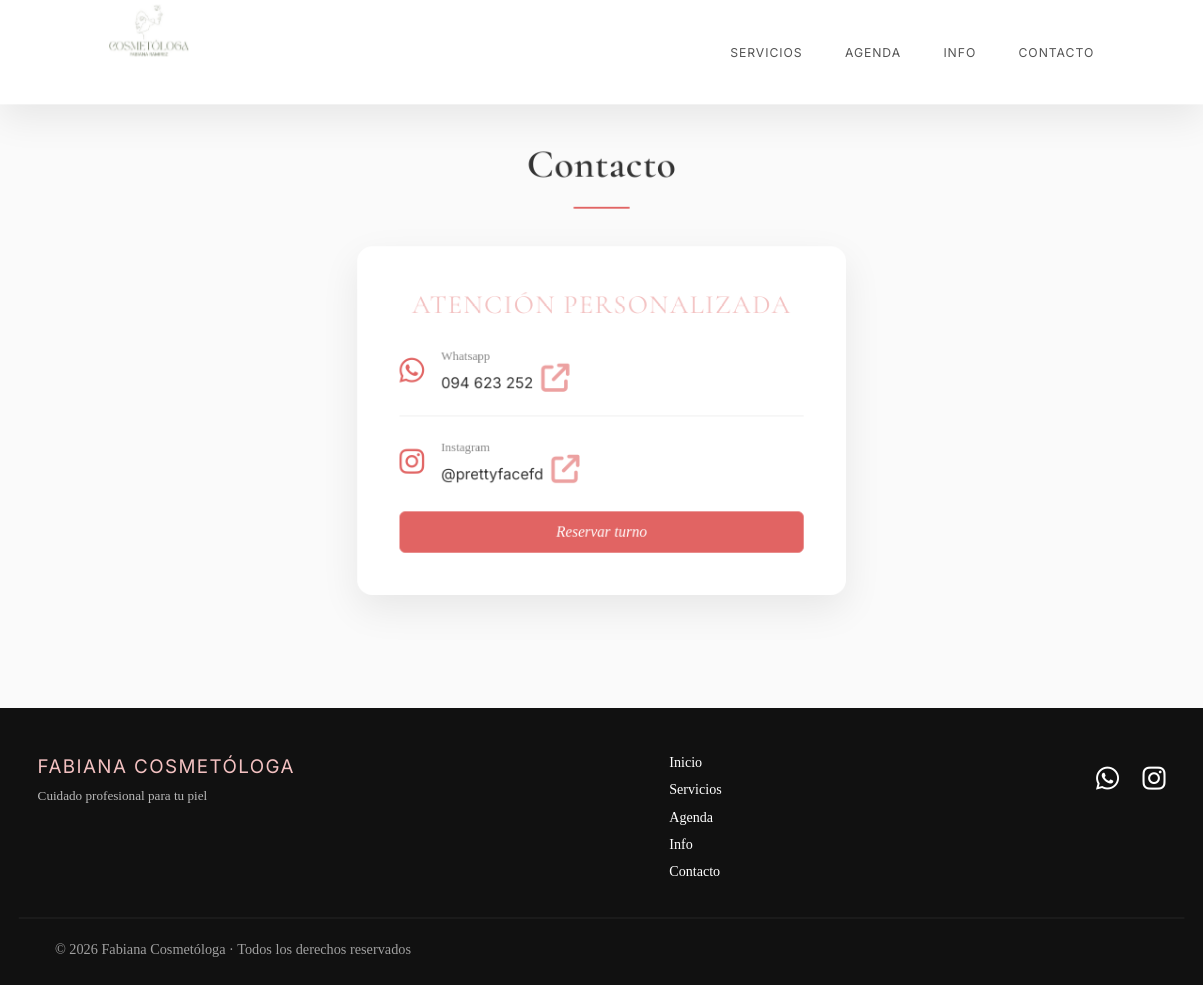
Repository: thiagobal1891-sudo/paginaweb
Page: pages/contacto.html
The author's editor kept a copy of each file at every save. The page is drawn from the files as they stood at one save, then again after the next save.
The browser window is 1280 px wide. The pictures show the whole page, at 94% of full size.
Some web fonts or font styles are not loaded; a fallback is used.

Above is the page before, as saved 2026-03-17 14:29:33.
Console error: ReferenceError: emailjs is not defined

### pages/contacto.html

<!DOCTYPE html>
<html lang="es">
<head>
  <meta charset="UTF-8">
  <meta name="viewport" content="width=device-width, initial-scale=1.0">
  <title>Fabiana Cosmetóloga</title>
  <link rel="stylesheet" href="../css/style.css">
  <link rel="preconnect" href="https://fonts.googleapis.com">
  <link rel="preconnect" href="https://fonts.gstatic.com" crossorigin>
  <link
    href="https://fonts.googleapis.com/css2?family=Melodrama:wght@400;500;600;700&family=Inter:wght@100..900&family=Poppins:wght@100..900&family=Cormorant+Garamond:wght@300..700&display=swap"
    rel="stylesheet">
  <link rel="stylesheet" href="https://cdnjs.cloudflare.com/ajax/libs/font-awesome/6.5.0/css/all.min.css"
    crossorigin="anonymous" referrerpolicy="no-referrer" />
</head>

<body>
  <header>
    <div class="container">
      <a href="../index.html" class="logo">
        <img src="../media/logo.png"
  alt="Logo de la marca"
  loading="lazy"
  decoding="async">
      </a>
      <nav>
        <a href="servicios.html">SERVICIOS</a>
        <a href="agenda.html">AGENDA</a>
        <a href="info.html">INFO</a>
        <a href="contacto.html">CONTACTO</a>
      </nav>
    </div>
  </header>
<main>
<section id="contacto" class="appear">
<div class="section-title">
<h2>Contacto</h2>
</div>
<div class="container">
<div class="contact-card">
<h3>Atención personalizada</h3>
<div class="contact-item">
<i class="fa-brands fa-whatsapp"></i>
<div class="contact-info">
<span class="label">Whatsapp</span>
<a href="https://wa.me/59894623252"
target="_blank"
rel="noopener noreferrer"
class="valor">
094 623 252
<i class="fa-solid fa-arrow-up-right-from-square link-icon"></i>
</a>
</div>
</div>
<hr>
<div class="contact-item">
<i class="fa-brands fa-instagram"></i>
<div class="contact-info">
<span class="label">Instagram</span>
<a href="https://www.instagram.com/prettyfacefd"
target="_blank"
rel="noopener noreferrer"
class="valor">
@prettyfacefd
<i class="fa-solid fa-arrow-up-right-from-square link-icon"></i>
</a>
</div>
</div>
<a href="agenda.html#agenda-ya" class="btn-vermas">
Reservar turno
</a>
</div>
</div>

</section>
</main>
  <footer class="footer">
  <div class="footer-container">
    <div class="footer-brand">
      <h3>Fabiana Cosmetóloga</h3>
      <p>Cuidado profesional para tu piel</p>
    </div>
    <div class="footer-links">
      <a href="../index.html">Inicio</a>
      <a href="../pages/servicios.html">Servicios</a>
      <a href="../pages/agenda.html">Agenda</a>
      <a href="../pages/info.html">Info</a>
      <a href="../pages/contacto.html">Contacto</a>
    </div>
    <div class="footer-social">
      <a href="https://wa.me/59894623252" target="_blank">
        <i class="fa-brands fa-whatsapp"></i>
      </a>
      <a href="https://www.instagram.com/prettyfacefd" target="_blank">
        <i class="fa-brands fa-instagram"></i>
      </a>
    </div>
  </div>
  <div class="footer-bottom">
    <p>© 2026 Fabiana Cosmetóloga · Todos los derechos reservados</p>
  </div>
</footer>
  <script src="https://cdn.jsdelivr.net/npm/emailjs-com@3/dist/email.min.js"></script>
  <script src="../script.js" defer></script>
</body>
</html>

### css/style.css
@charset "UTF-8";
* {
  box-sizing: border-box;
  margin: 0;
  padding: 0;
}
html {
  scroll-behavior: smooth;
  scroll-padding-top: var(--header-height);
  font-size: 100%;
}
:root{
  --primary:#E16463;
  --primary-soft:rgba(225,100,99,.15);
  --primary-soft-light:rgba(225,100,99,.08);
  --text-dark:#333;
  --text-soft:#777;
  --shadow-hover:0 20px 50px rgba(0,0,0,.12);
  --shadow-soft:0 15px 40px rgba(0,0,0,.08);
}
body{
  font-family:"Melodrama", serif;
  margin:0;
  animation:fadePage .6s ease;
  padding-top: var(--header-height);
}
@keyframes fadePage{
from{
  opacity:0;
  transform:translateY(10px);
}

to{
  opacity:1;
  transform:translateY(0);
}
}
.appear{
  opacity:0;
  transform:translateY(40px);
  transition:opacity .8s ease, transform .8s ease;
  will-change: transform, opacity;
}
.appear.show{
  opacity:1;
  transform:translateY(0);
}
h1 {
  font-size:clamp(2.2rem,4vw,4.5rem);
  line-height: 1.1;
}
h2 {
  font-size:clamp(1.6rem,3vw,2.5rem);
  line-height: 1.2;
}
p {
font-size:clamp(.95rem,1.1vw,1.1rem);
line-height:1.7;
max-width:60ch;
}
h3 {
  font-size: 0.9em;
  font-family: "Inter", sans-serif;
  font-weight: 400;
  letter-spacing: 1.5px;
  color: #f3c1c1;
  text-transform: uppercase;
}
section{
position:relative;
padding:100px 20px;
}
.info_carta {
  font-size: 0.85em;
  color: #f2f2f2;
  font-family: "Inter", sans-serif;
  line-height: 1;
  margin-bottom: 2px;
  max-width:450px;
}
ul {
  list-style: none;
  padding-left: 0;
  font-size: 0.75em;
  font-family: "Inter", sans-serif;
  color: #ffffff;
}
ul li {
  margin-bottom: 4px;
  line-height: 1.3;
  padding-left: 22px;
  position: relative;
  opacity: 0.95;
  transition: transform 0.3s ease, opacity 0.3s ease;
}
ul li::before {
  content: "✧";
  position: absolute;
  left: 0;
  top: 0;
  color: #f3c1c1;
  font-size: 0.75em;
}
img{
transition:transform .6s ease, filter .6s ease;
height: auto;
max-width: 100%;
will-change: transform;
display: block;
}
button {
  font-size: 1rem;
  font-weight: 400;
  padding: 10px 30px;
  border-radius: 10px;
  border: 1.5px solid rgb(84, 84, 84);
  box-shadow: var(--shadow-soft);
  color: white;
  background-color: #d86a6a;
  font-family: "Inter", sans-serif;
  transition: all .25s ease;
  cursor: pointer;
  font-weight: bold;
}
button:hover {
  background-color: white;
  color:var(--primary);
  border-color: white;
  transform: translateY(-2px);
}
button:active{
  transform:scale(.97);
}
.container{
  max-width:1100px;
  margin-inline:auto;
  padding-inline:20px;
  width:100%;
  position:relative;
}
.container > *:not(:last-child){
  margin-bottom:40px;
}
header{
  position:fixed;
  width:100%;
  top:0;
  left:0;
  background-color:white;
  z-index:1000;
  box-shadow: var(--shadow-soft);
  transition:.3s;
  padding:10px 0;
}
header.scrolled{
  background:rgba(255,255,255,0.9);
  backdrop-filter:blur(8px);
  box-shadow:var(--shadow-soft);
}
header .logo {
  display: flex;
  align-items: center;
  justify-content: flex-start;
}
header .logo img{
  width:110px;
  height:auto;
  margin-bottom:6px;
}
header .container {
  display: flex;
  align-items: center;
  padding:0 16px;
  justify-content: space-between;
}
header nav {
  display: flex;
  flex-direction: row;
  justify-content: center;
  align-items: center;
  text-align: center;
}
header a {
  padding: 0px 5px;
  text-decoration: none;
  color: rgb(84, 84, 84);
  display: inline-block;
  font-family: "Inter", sans-serif;
  margin: 0 5px;
  font-size:14px;
  letter-spacing:1px;
}
header a:hover {
  color:var(--primary);
}
.hero-tag{
  font-family:"Inter",sans-serif;
  letter-spacing:2px;
  font-size:12px;
  text-transform:uppercase;
  color:#f3c1c1;
  display:block;
  margin-left:20px;
  margin-bottom:12px;
  opacity:.9;
}
.hero-sub{
  color:white;
  max-width:520px;
  margin-left:20px;
  margin-top:18px;
  font-family:"Inter",sans-serif;
  font-size:clamp(0.95rem,1.1vw,1.1rem);
  line-height:1.6;
  opacity:.95;
}
.btn-hero{
  display:inline-block;
  margin-left:20px;
  margin-top:35px;
  padding:14px 34px;
  border-radius:30px;
  background:var(--primary);
  color:white;
  text-decoration:none;
  font-family:"Inter",sans-serif;
  font-weight:600;
  letter-spacing:.5px;
  transition:.3s;
}
.btn-hero:hover{
    transform:translateY(-3px);
  box-shadow:var(--shadow-hover);
}
#hero {
    display: flex;
    align-items: flex-start;
    justify-content: center;
    text-align: left;
    flex-direction: column;
    min-height: 100vh;
    background-image: linear-gradient(0deg, rgba(0, 0, 0, 0.5),
      rgba(0, 0, 0, 0.5)),
      url("../media/fotopiel-rutina-de-skincare-cuidado-facial.webp");
      background-repeat: no-repeat;
      background-size: cover;
      background-position: center center; }
#hero h1 {
  color: white;
  font-family: "Cormorant Garamond";
  font-weight: 600;
  align-self: flex-start;
  text-align: left;
  font-size:clamp(2.5rem,5vw,4.5rem);
  padding-left:20px;
  max-width:90%;
  animation:heroFade 1.2s ease;
}
#hero::after{
  content:"";
  position:absolute;
  bottom:0;
  left:0;
  width:100%;
  height:120px;
  background:linear-gradient(to bottom, transparent, white);
}

@keyframes heroFade{
from{
opacity:0;
transform:translateY(40px);
}
to{
opacity:1;
transform:translateY(0);
}
}
.section-title{
  text-align:center;
  position:relative;
  }
  #Tratamientos .section-title {
  padding-top: 70px;
}
.section-title.show{
  opacity:1;
  transform:translateY(0);
}
.section-title h2{
  font-family:"Cormorant Garamond", serif;
  font-size:36px;
  font-weight:600;
  color:var(--text-dark);
  margin-bottom:10px;
  letter-spacing:0.5px;
}
.section-title p{
  font-family:"Inter", sans-serif;
  font-size:13px;
  color: var(--text-soft);
  letter-spacing:1.5px;
  text-transform:uppercase;
  max-width:65ch;
  margin:0 auto 80px auto; /* ← separación abajo */
  text-align:center;
}
.section-title::after{
  content:"";
  display:block;
  width:60px;
  height:2px;
  background-color: var(--primary);
  margin:20px auto 0;
  border-radius:2px;
}
.no-line::after {
  display: none;
}

.carousel_infocosmet {
  width: 100%;
  position: relative;
  background-color: var(--primary-soft);
  padding:90px 0;
  overflow:hidden;
}
.carousel-track{
  display:flex;
  will-change: transform;
}
.slide{
  flex:0 0 100%;
  display:flex;
  justify-content:center;
  gap:40px;
  position:relative;
  min-width: 100%;
}
.img-wrapper{
  position:relative;
  width:100%;
  max-width:520px;
  aspect-ratio:16/9;
  height:auto;
  overflow:hidden;
  border-radius:12px;
  margin:0 auto;
  display: block;
  box-shadow: var(--shadow-soft);
  transition:transform .4s ease, box-shadow .4s ease;
}

.img-wrapper img {
  width:100%;
  height:100%;
  object-fit:cover;
  transition:transform .6s ease, filter .6s ease;
}
.img-wrapper:hover{
  transform:translateY(-4px);
}
.img-wrapper:hover img{
  transform:scale(1.06);
}

#infocosmet .img-wrapper{
  position:relative;
  overflow:hidden;
}
.badge{
  position:absolute;
  left:12px;
  background:rgba(0,0,0,.55);
  backdrop-filter:blur(4px);
  color:white;
  font-family:"Inter",sans-serif;
  font-size:11px;
  letter-spacing:1.5px;
  padding:6px 14px;
  border-radius:20px;
  white-space:nowrap;
  z-index:20;
}

.badge.top{
  top:12px;
}

.badge.bottom{
  bottom:12px;
}

#Tratamientos .container{
  background: linear-gradient(180deg, #fffdf8, #fff6ee);
  box-shadow: var(--shadow-soft);
}
.carousel-wrapper{
  overflow:hidden;
  max-width:1200px;
  margin:0 auto;
  position:relative;
}
.carta-tratamientos{
  display:flex;
  gap:20px;
  overflow-x:auto;
  scroll-snap-type:x mandatory;
  scroll-behavior:smooth;
  padding:10px;
}
.carta-tratamientos::-webkit-scrollbar{
  display:none;
}
.carta{
  flex:0 0 100%;
  scroll-snap-align:center;
  min-height:520px;
  height:auto;
  border-radius:12px;
  background:white;
  padding:30px 25px;
  background-size:cover;
  background-position:center;
  position:relative;
  overflow: hidden;
}
.carta::before{
  content:"";
  position:absolute;
  top:0;
  left:0;
  width:100%;
  height:3px;
  background-color: var(--primary);
  transform:scaleX(0);
  transform-origin:left;
  transition:transform 0.3s ease;
}
.carta:hover::before{
  transform:scaleX(1);
}
.carta > * {
  position: relative;
  z-index: 2;
}
.carta h3{
  margin-bottom:10px;
}
.carta p{
  margin-bottom:10px;
}
.carta ul{
  margin-top:10px;
}
.carta:hover::after{
  left:100%;
}
.carta:hover ul li {
  transform: translateX(4px);
  opacity: 1;
}
.carta:hover h3{
  color:var(--primary);
}
.carta,
.agenda-card,
.consulta-card{
  transition:all .35s ease;
}
.carta:hover,
.agenda-card:hover,
.consulta-card:hover{
  transition:all .35s ease;
  box-shadow: var(--shadow-hover);
}
.arrow{
  border: none;
  background: none;
  position:absolute;
  top:50%;
  transform:translateY(-50%);
  z-index:5;
  width:40px;
  height:40px;
  border-radius:50%;
  display:flex;
  align-items:center;
  justify-content:center;
  cursor:pointer;
}
.arrow.left {
  left: 15px;
}
.arrow.right {
  right: 15px;
}
.carta:first-child {
  background-image: linear-gradient(0deg, rgba(0, 0, 0, 0.5), rgba(0, 0, 0, 0.5)), url("../media/Tratamientos-3.jpg");
}
.carta:nth-child(2) {
  background-image: linear-gradient(0deg, rgba(0, 0, 0, 0.5), rgba(0, 0, 0, 0.5)), url("../media/Tratamientos-2.jpg");
}
.carta:nth-child(3) {
  background-image: linear-gradient(0deg, rgba(0, 0, 0, 0.5), rgba(0, 0, 0, 0.5)), url("../media/Tratamientos-1.jpg");
}
.carta:nth-child(4) {
  background-image: linear-gradient(0deg, rgba(0, 0, 0, 0.5), rgba(0, 0, 0, 0.5)), url("../media/Tratamientos-1.jpg");
}
.carta:nth-child(5) {
  background-image: linear-gradient(0deg, rgba(0, 0, 0, 0.5), rgba(0, 0, 0, 0.5)), url("../media/Tratamientos-2.jpg");
}
.carta:nth-child(6) {
  background-image: linear-gradient(0deg, rgba(0, 0, 0, 0.5), rgba(0, 0, 0, 0.5)), url("../media/Tratamientos-1.jpg");
}
.carta:nth-child(7) {
  background-image: linear-gradient(0deg, rgba(0, 0, 0, 0.5), rgba(0, 0, 0, 0.5)), url("../media/Tratamientos-1.jpg");
}

#agenda-ya{
  padding:120px 20px;
  background-color: var(--primary-soft);
}
.agenda-card{
  max-width:900px;
  margin:auto;
  background:white;
  padding:30px;
  border-radius:20px;
  box-shadow:var(--shadow-soft);
  border:1px solid rgba(225,100,99,.2);
}
#agenda-ya iframe{
  max-width:900px;
  width:100%;
  height:650px;
  border-radius:20px;
  background:white;
  box-shadow:var(--shadow-soft);
  border:1px solid rgba(225,100,99,.2);
  padding:10px;
}
.link-icon {
  font-size: 0.15em;
  margin-left: 4px;
  opacity: 0.6;
  transition: all 0.3s ease;
}
#consultas{
padding:120px 20px;
background-color: var(--primary-soft-light);
}
#consultas .container{
  display:flex;
  flex-direction:column;
  align-items:center;
  max-width:700px;
  margin:0 auto;
}
.consulta-card{
  width:100%;
  max-width:600px;
  margin:0 auto;
}
.consulta-sub{
  text-align:center;
  font-family:"Inter", sans-serif;
  font-size:14px;
  color: var(--text-soft);
  margin-bottom:25px;
}
.consulta-card form{
  width:100%;
  max-width:500px;
  margin:auto;
}
.consulta-card h3{
  margin-bottom:35px;
  text-align:center;
  font-family:"Cormorant Garamond", serif;
  font-size:28px;
  color:var(--text-dark);
  letter-spacing:0;
  text-transform:none;
  width:100%;
}
.form-group {
  position: relative;
  margin-bottom: 25px;
}
.form-group input,
.form-group textarea{
  width:100%;
  padding:16px 14px;
  border-radius:14px;
  border:1px solid #e5e5e5;
  font-size:15px;
  font-family:"Inter", sans-serif;
  outline:none;
  transition:all .3s ease;
  background:#fff;
}
.form-group input:focus,
.form-group textarea:focus{
  border-color: var(--primary);
  box-shadow: var(--shadow-hover);
}
.form-group label {
  position: absolute;
  left: 12px;
  top: 14px;
  font-size: 14px;
  color: #888;
  transition: 0.3s ease;
  pointer-events: none;
}
.form-group input:focus + label,
.form-group input:not(:placeholder-shown) + label,
.form-group textarea:focus + label,
.form-group textarea:not(:placeholder-shown) + label {
  top: -8px;
  left: 10px;
  font-size: 12px;
  background: white;
  padding: 0 5px;
  color:var(--primary);
}
.btn-enviar{
  width:100%;
  padding:16px;
  border-radius:30px;
  border:none;
  background:linear-gradient(135deg,#E16463,#d04f4f);
  color:white;
  font-weight:600;
  font-size:15px;
  cursor:pointer;
  transition:all .3s ease;
  margin-top:10px;
}
.btn-enviar:hover{
  transform:translateY(-2px);
  box-shadow:var(--shadow-soft);
}

#sobre{
  padding:80px 20px;
}
.sobre-container{
  display:flex;
  align-items:center;
  gap:25px;
  margin-top:50px;
  flex-wrap:wrap;
  text-align: left;
}
.sobre-container.reverse{
  flex-direction:row-reverse;
}
.sobre-texto{
  flex:1;
  min-width:280px;
}
.sobre-texto p{
  font-family:"Inter",sans-serif;
  line-height:1.7;
  margin-bottom:20px;
  color:#444;
}
.sobre-texto h3{
  font-family:"Cormorant Garamond",serif;
  font-size:30px;
  margin-bottom:10px;
}
.sobre-img{
  flex:1;
  min-width:280px;
}
.sobre-img img{
  width:100%;
  border-radius:12px;
  box-shadow: var(--shadow-soft);
}
.sobre-container.reverse .btn-vermas{
  margin-top:40px;
}
.confianza{
  padding:80px 20px;
  background:#fafafa;
}
.confianza-grid{
  display:grid;
  grid-template-columns:repeat(auto-fit,minmax(220px,1fr));
  gap:30px;
  margin-top:50px;
}
.confianza-item{
  background:white;
  padding:30px;
  border-radius:14px;
  text-align:center;
  box-shadow: var(--shadow-soft);
  transition:.3s;
}
.confianza-item:hover{
  transform:translateY(-6px);
  box-shadow:var(--shadow-hover);
}
.confianza-item i{
  font-size:34px;
  color:var(--primary);
  margin-bottom:15px;
}
.confianza-item h3{
  font-family:"Cormorant Garamond",serif;
  font-size:22px;
  margin-bottom:10px;
}
.confianza-item p{
  font-family:"Inter",sans-serif;
  font-size:14px;
  line-height:1.6;
  color:#555;
}
.link-servicios {
  display: block;
  margin-bottom: 20px;
  font-size: 1rem;
  color: var(--text-soft);
}
.btn-vermas {
  display: inline-flex;
  align-items: center;
  justify-content: center;
  padding: 12px 28px;
  border-radius: 6px;
  font-size: 1rem;
  cursor: pointer;
  font-style: italic;
  background-color: var(--primary);
  color: white;
  text-decoration: none;
  border: 1.5px solid #E16463;
  transition: all 0.3s ease;
}
.btn-vermas:hover{
  transform:translateY(-3px);
  box-shadow: var(--shadow-hover);
  background-color: white;
  color:var(--primary);
}
.whatsapp-float,
.instagram-float{
  position:fixed;
  right:25px;
  width:60px;
  height:60px;
  border-radius:50%;
  display:flex;
  align-items:center;
  justify-content:center;
  color:white;
  font-size:28px;
  text-decoration:none;
  box-shadow:0 8px 18px rgba(0,0,0,0.25);
  z-index:1000;
  transition:transform .3s ease, box-shadow .3s ease;
  animation:floatIn .6s ease;
}
.whatsapp-float i,
.instagram-float i{
  text-decoration:none;
}
.whatsapp-float{
  bottom:25px;
  background:#25D366;
}
.instagram-float{
  bottom:100px;
  background:linear-gradient(45deg,#f58529,#dd2a7b,#8134af,#515bd4);
}
.whatsapp-float:hover,
.instagram-float:hover{
  transform:scale(1.12);
  box-shadow:0 12px 24px rgba(0,0,0,0.35);
}
.hide-float{
  opacity:0;
  pointer-events:none;
  transform:translateY(20px);
  transition:all .3s ease;
}
@keyframes floatIn{
from{
  opacity:0;
  transform:translateY(40px);
}
to{
  opacity:1;
  transform:translateY(0);
}
}

#contacto{
  padding:80px 20px;
  background:#fafafa;
}
.contact-card{
  max-width:520px;
  margin:40px auto;
  background:white;
  padding:45px;
  border-radius:16px;
  box-shadow: var(--shadow-soft);
  text-align:left;
}
.contact-card h3{
  text-align:center;
  margin-bottom:30px;
  font-family:"Cormorant Garamond",serif;
  font-size:28px;
}
.contact-item{
  display:flex;
  align-items:center;
  gap:18px;
  margin:20px 0;
}
.contact-item i{
  font-size:30px;
  color:var(--primary);
}
.contact-info{
  display:flex;
  flex-direction:column;
}
.label{
  font-size:13px;
  color:#888;
}
.valor{
  font-size:16px;
  font-family:"Inter",sans-serif;
  text-decoration:none;
  color: var(--text-dark);
}
.valor:hover{
  color:var(--primary);
}
hr{
  border:none;
  border-top:1px solid #eee;
  margin:25px 0;
}
.contact-card .btn-vermas{
  display:block;
  margin:30px auto 0;
  text-align:center;
}

.footer {
  background: #111;
  color: #fff;
  padding: 50px 20px 25px;
  text-align: center;
}
.footer-container {
  display: flex;
  flex-direction: column;
  align-items: center;
  gap: 35px;
  text-align: center;
}
.footer-brand h3 {
  font-size: 20px;
  margin-bottom: 8px;
}
.footer-brand p {
  font-size: 14px;
  opacity: 0.7;
}
.footer-links {
  display: flex;
  flex-direction: column;
  gap: 12px;
}
.footer-links a {
  text-decoration: none;
  color: #fff;
  font-size: 15px;
  transition: 0.3s;
}
.footer-links a:hover {
  color:var(--primary);
}
.footer-social {
  display: flex;
  gap: 25px;
  margin-top: 10px;
}
.footer-social a {
  font-size: 28px;
  color: #fff;
  transition: 0.3s;
}
.footer-social a:active {
  transform: scale(0.9);
  color:var(--primary);
}
.footer-bottom {
  margin-top: 40px;
  padding-top: 20px;
  border-top: 1px solid rgba(255,255,255,0.15);
  font-size: 13px;
  opacity: 0.6;
}

@media (max-width: 768px){
:root{
  --header-height:80px;
}
header{
  height:var(--header-height);
  padding:8px 0;
}

header .logo img{
  width:110px;
}
.slide{
  flex-direction:column;
  gap:20px;
  align-items:center;
}
.img-wrapper{
  width:90%;
  max-width:none;
  aspect-ratio: 4/5;
}
#hero{
  align-items:center;
  text-align:center;
  padding:0 20px;
  min-height: 85vh;
}
#hero h1{
  font-size:2.4rem;
  line-height:1.2;
  padding-left:0;
  max-width:100%;
}
.hero-tag{
  margin-left:0;
  text-align:center;
}
.hero-sub{
  margin-left:0;
  text-align:center;
  font-size:0.95rem;
}
.btn-hero{
margin-left:0;
}

header nav {
  gap: 10px;
  flex-wrap: wrap;
}
.info_carta{
  font-size:0.95em;
}
ul{
  font-size:0.85em;
}
.carta{
  flex:0 0 100%;
  min-height:560px;
  padding:40px 30px;
}

.sobre-texto {
  text-align: left;
}
.sobre-texto p {
  font-size: 1rem;
}
.sobre-img2 img{
  width:900px;
  border-radius:12px;
  box-shadow: var(--shadow-soft);
}

}
@media (min-width: 1024px) {

  :root{
    --header-height:70px;
  }

  header{
    padding:5px 0;
  }

  header .logo img{
    width:85px;
  }

  header a{
    font-size:13px;
  }
    header.scrolled{
    padding:2px 0;
  }

  header.scrolled .logo img{
    width:75px;
    }

  section{
padding:120px 40px;
}
  #hero {
  align-items: center;
  text-align: center;
  padding: 0 10%;
}
#hero h1{
  font-size:4.5rem;
}
#hero button {
  margin-left: 0;
  align-self: center;
}

header nav {
  gap: 25px;
}
.slide {
  display: flex;
  flex-direction: row;
  justify-content: center;
  gap: 40px;
}
.slide::after{
  content:"";
  position:absolute;
  top:50%;
  left:50%;
  transform:translate(-50%,-50%);
  width:1px;
  height:70%;
  background:linear-gradient( to bottom, transparent, rgba(225,100,99,0.4), transparent);
  pointer-events:none;
}
.img-wrapper {
  width: 450px;
  overflow: hidden;
  border-radius: 15px;
}

#Tratamientos {
  padding:120px 10%;
  background-color: var(--primary-soft);
}
#Tratamientos .container {
  background: linear-gradient(180deg, #fffdf8, #fff6ee);
  padding: 80px 0;
}
.carousel-wrapper {
  overflow: hidden;
  max-width:1200px;
  margin:0 auto;
}
.carta-tratamientos{
  gap:30px;
  transition: transform 0.5s ease;
}
.carta{
  flex:0 0 calc((100% - 30px) / 2);
  min-height:520px;
  height:auto;
  border-radius:20px;
  padding:50px 60px;
}
.arrow{
  background:var(--primary-soft-light);
}
.arrow.left {
  left: 10px;
}
.arrow.right {
  right: 10px;
}
.section-title h2{
  font-size:42px;
}
.sobre-container {
  flex-direction: row;
}
.sobre-texto {
  text-align: left;
}
.sobre-texto p {
  font-size: 1.1rem;
}
.sobre-img2 img{
  width:900px;
  border-radius:12px;
  box-shadow: var(--shadow-soft);
}
#agenda-ya{
  padding:120px 20px;
}
.footer-container {
  flex-direction: row;
  justify-content: space-between;
  align-items: flex-start;
  text-align: left;
  max-width: 1200px;
  margin: auto;
}
}

Loaded but not shown: script.js (130 lines, source omitted)

After the next save:
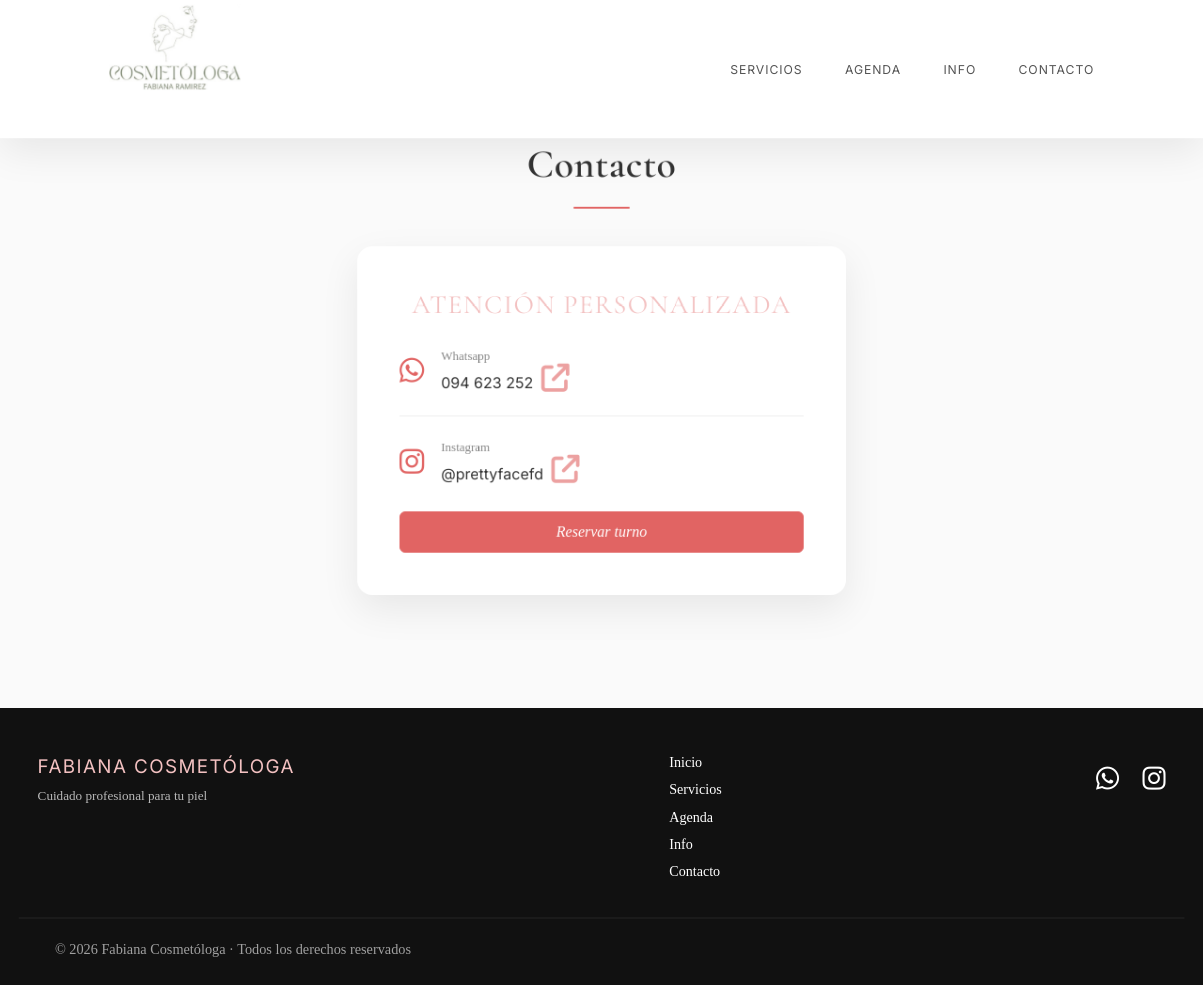
Saved 33 min 14 s later.
--- a/css/style.css
+++ b/css/style.css
@@ -1002,7 +1002,7 @@ ul{
   }
 
   header .logo img{
-    width:85px;
+    width:140px;
   }
 
   header a{
